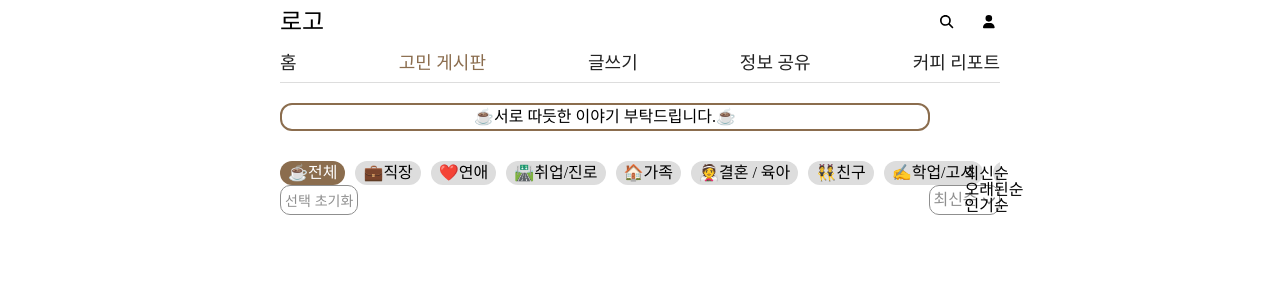
Repository: zlazlazla35/coffee
Page: /list
An editor plug-in stored every save of this project. The page is shown before and after the next save, followed by the edit.
The browser window is 1280 px wide. The pictures show the whole page.
Some web fonts or font styles are not loaded; a fallback is used. The project was rebuilt for these pictures with package versions that can differ from the ones it lists, and the page was loaded fresh each time. The framework's server and built-in components were replaced by stand-ins that run in the browser. Also part of the build but not shown: next.config.mjs.

Above is the page before, as saved 2024-12-26 18:30:56.

### src/app/layout.js
import { Geist, Geist_Mono } from "next/font/google";
import "./globals.css";
import Link from "next/link";
import { FontAwesomeIcon } from '@fortawesome/react-fontawesome'
import { faMagnifyingGlass, faUser } from '@fortawesome/free-solid-svg-icons'
import NavMenu from "./component/NavMenu";

const geistSans = Geist({
  variable: "--font-geist-sans",
  subsets: ["latin"],
});

const geistMono = Geist_Mono({
  variable: "--font-geist-mono",
  subsets: ["latin"],
});

export const metadata = {
  title: "Create Next App",
  description: "Generated by create next app",
};

export default function RootLayout({ children }) {
  return (
    <html lang="en">
      <body className={`${geistSans.variable} ${geistMono.variable}`}>
        <div className="nav_bar">
          <div className="nav_bar_top">
            <Link className="logo" href={'/'}>로고</Link>
            <div className="userBox">
              <button>
                <FontAwesomeIcon icon={faMagnifyingGlass} />
              </button>
              <button>
                <FontAwesomeIcon icon={faUser} />
              </button>
            </div>
          </div>
          <div className="nav_bar_bottom">
          <NavMenu></NavMenu>
          </div>
        </div>
        {children}
      </body>
    </html>
  );
}

### src/app/list/page.js
'use client'
import { useState } from "react"
import { FontAwesomeIcon } from '@fortawesome/react-fontawesome'
import { faChevronDown } from '@fortawesome/free-solid-svg-icons'

export default function List() {
    let [tagList, setTagList] = useState(['☕전체', '💼직장', '❤️연애', '🛣️취업/진로', '🏠가족', '👰결혼 / 육아', '👯친구', '✍️학업/고시', '🚫중독', '💰사업 / 금전', '💉질병 / 질환']);
    let [tagActive, setTagActive] = useState([true, false, false, false, false, false, false, false, false, false, false])







    return (
        <div className="liset_page">
            <div className="top_border">
                ☕서로 따듯한 이야기 부탁드립니다.☕
            </div>
            <div className="tag">
                <ul className="tag_list">
                    {
                        tagList.map((item, i) => {

                            return (
                                <li className={tagActive[i] == true ? 'on' : null} key={i} onClick={(e) => {
                                    let copy = [...tagActive];

                                    if (copy[i] == false) {
                                        copy[i] = true;
                                        setTagActive(copy);
                                    } else {
                                        copy[i] = false;
                                        setTagActive(copy);
                                    }

                                    if (e.target.innerHTML !== '☕전체') {
                                        copy[0] = false;
                                        setTagActive(copy);
                                    } else {
                                        let copy2 = [true, false, false, false, false, false, false, false, false, false, false];
                                        setTagActive(copy2);
                                    }
                                }} >{item}</li>
                            )
                        })
                    }
                </ul>
            </div>
            <div className="filterBox">
                <button className="tag_reset">선택 초기화</button>
                <div className="filterSelectBox">
                    <h2 className="title">최신순<FontAwesomeIcon icon={faChevronDown} /></h2>
                    <ul className="filterSelect">
                        <li>최신순</li>
                        <li>오래된순</li>
                        <li>인기순</li>
                    </ul>
                </div>
            </div>
        </div>
    )
}

//

### src/app/globals.css
@font-face {
    font-family: 'Ownglyph_StudyHard-Rg';
    src: url('https://fastly.jsdelivr.net/gh/projectnoonnu/2411-3@1.0/Ownglyph_StudyHard-Rg.woff2') format('woff2');
    font-weight: normal;
    font-style: normal;
}
/* /styles/reset.css */
body {font-family: 'Ownglyph_StudyHard-Rg' !important;}
html, body, div, span, applet, object, iframe,
h1, h2, h3, h4, h5, h6, p, blockquote, pre,
a, abbr, acronym, address, big, cite, code,
del, dfn, em, img, ins, kbd, q, s, samp,
small, strike, strong, sub, sup, tt, var,
b, u, i, center,
dl, dt, dd, ol, ul, li,
fieldset, form, label, legend,
table, caption, tbody, tfoot, thead, tr, th, td,
article, aside, canvas, details, embed,
figure, figcaption, footer, header, hgroup,
menu, nav, output, ruby, section, summary,
time, mark, audio, video {
	margin: 0;
	padding: 0;
	border: 0;
	font-size: 100%;
	font: inherit;
	vertical-align: baseline;
}
/* HTML5 display-role reset for older browsers */
article, aside, details, figcaption, figure,
footer, header, hgroup, menu, nav, section {
	display: block;
}
body {
	line-height: 1;
}
ol, ul {
	list-style: none;
}
blockquote, q {
	quotes: none;
}
blockquote:before, blockquote:after,
q:before, q:after {
	content: '';
	content: none;
}
table {
	border-collapse: collapse;
	border-spacing: 0;
}
input:focus {outline: none;}
a {text-decoration: none; color: inherit;}


.nav_bar {width: 100%; max-width: 720px; margin: 0 auto;}
.nav_bar .nav_bar_top {width: 100%; display: flex; align-items: center; justify-content: space-between; box-sizing: border-box; padding: 10px 0; }
.nav_bar .nav_bar_top .logo {font-size: 24px; }
.nav_bar .nav_bar_top .userBox {display: flex; align-items: center;}
.nav_bar .nav_bar_top .userBox button {width: 22px; display: block; background: none; border: none; padding: 0;}
.nav_bar .nav_bar_top .userBox button {margin-right: 20px;}
.nav_bar .nav_bar_top .userBox button:last-child {margin-right: 0;}
.nav_bar .nav_bar_bottom {width: 100%; }
.nav_bar .nav_bar_bottom .nav_list {display: flex; align-items: center; justify-content: space-between; box-sizing: border-box; padding: 10px 0; border-bottom: 1px solid #ddd;}
.nav_bar .nav_bar_bottom .nav_list li { font-size: 18px; color: #232323; }
.nav_bar .nav_bar_bottom .nav_list li a.active {color: #8b6d4e; }


.liset_page {width: 100%; max-width: 720px; margin: 0 auto;}
.liset_page .top_border {width: 100%; max-width: 650px; border: 2px solid #8b6d4e; border-radius: 12px; display: flex; align-items: center; justify-content: center; font-size: 16px; box-sizing: border-box; padding: 4px; margin: 20px 0 30px;}
.liset_page .tag {width: 100%;}
.liset_page .tag .tag_list {width: 100%; display: flex; align-items: center; white-space: nowrap; overflow-x: scroll;}
.liset_page .tag .tag_list::-webkit-scrollbar {height: 8px;}
.liset_page .tag .tag_list::-webkit-scrollbar-thumb {background: #a89f96; border-radius: 10px; }
.liset_page .tag .tag_list::-webkit-scrollbar-track {background: rgba(123, 87, 8, 0.1); }
.liset_page .tag .tag_list li {background: #ddd; font-size: 16px; box-sizing: border-box; padding: 4px 8px; border-radius: 12px; margin-right: 10px; cursor: pointer;}
.liset_page .tag .tag_list li:last-child {margin-right: 0;}
.liset_page .tag .tag_list li.on {background: #8b6d4e; color: #fff;}
.liset_page .filterBox {width: 100%; display: flex; align-items: center; justify-content: space-between;}
.liset_page .filterBox .filterSelectBox {display: flex; position: relative; border: 1px solid #8f8f8f; border-radius: 10px; width: 100%; max-width: 69px; height: 28px; align-items: center; justify-content: center;}
.liset_page .filterBox .filterSelectBox .title {font-size: 16px; color: #8f8f8f;}
.liset_page .filterBox .filterSelectBox .title svg {font-size: 14px; margin-left: 4px;}
.liset_page .filterBox .filterSelectBox .filterSelect {position: absolute; left: 50%; bottom: 0; width: 100%;}

.liset_page .filterBox .tag_reset{display: inline-block; box-sizing: border-box; padding: 4px; border: 1px solid #8f8f8f; background: none; color: #8f8f8f; font-size: 14px; border-radius: 10px;}

### src/app/component/NavMenu.js
'use client'

import Link from "next/link";
import { usePathname } from "next/navigation";

export default function NavMenu() {
    const pathname = usePathname();

    return (
        <ul className="nav_list">
            <li>
                <Link href={'/'}>홈</Link>
            </li>
            <li>
                <Link className={pathname == '/list'? 'active' : null} href={'/list'}>고민 게시판</Link>
            </li>
            <li>
                <Link className={pathname == '/writing'? 'active' : null} href={'/writing'}>글쓰기</Link>
            </li>
            <li>
                <Link className={pathname == '/share'? 'active' : null} href={'/share'}>정보 공유</Link>
            </li>
            <li>
                <Link className={pathname == '/report'? 'active' : null} href={'/report'}>커피 리포트</Link>
            </li>
        </ul>
    )
}

After the next save:
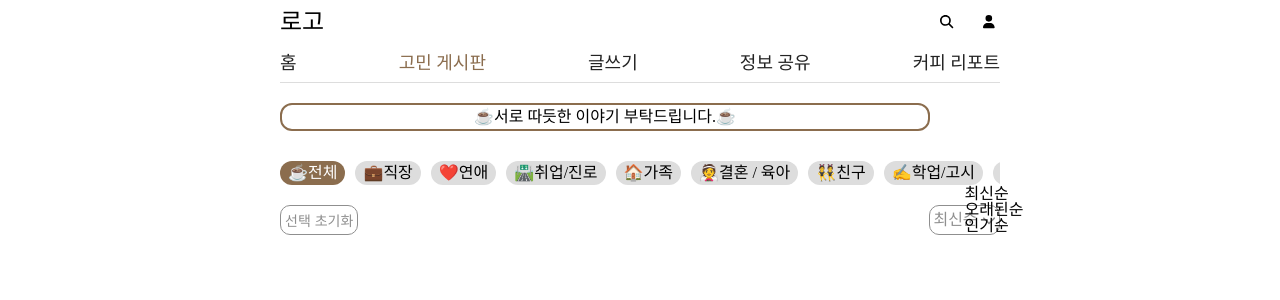
Saved 15 s later.
--- a/src/app/globals.css
+++ b/src/app/globals.css
@@ -77,7 +77,7 @@ a {text-decoration: none; color: inherit;}
 .liset_page .tag .tag_list li:last-child {margin-right: 0;}
 .liset_page .tag .tag_list li.on {background: #8b6d4e; color: #fff;}
 .liset_page .filterBox {width: 100%; display: flex; align-items: center; justify-content: space-between;}
-.liset_page .filterBox .filterSelectBox {display: flex; position: relative; border: 1px solid #8f8f8f; border-radius: 10px; width: 100%; max-width: 69px; height: 28px; align-items: center; justify-content: center;}
+.liset_page .filterBox .filterSelectBox {display: flex; position: relative; border: 1px solid #8f8f8f; border-radius: 10px; width: 100%; max-width: 69px; height: 28px; align-items: center; justify-content: center; margin: 20px 0;}
 .liset_page .filterBox .filterSelectBox .title {font-size: 16px; color: #8f8f8f;}
 .liset_page .filterBox .filterSelectBox .title svg {font-size: 14px; margin-left: 4px;}
 .liset_page .filterBox .filterSelectBox .filterSelect {position: absolute; left: 50%; bottom: 0; width: 100%;}
